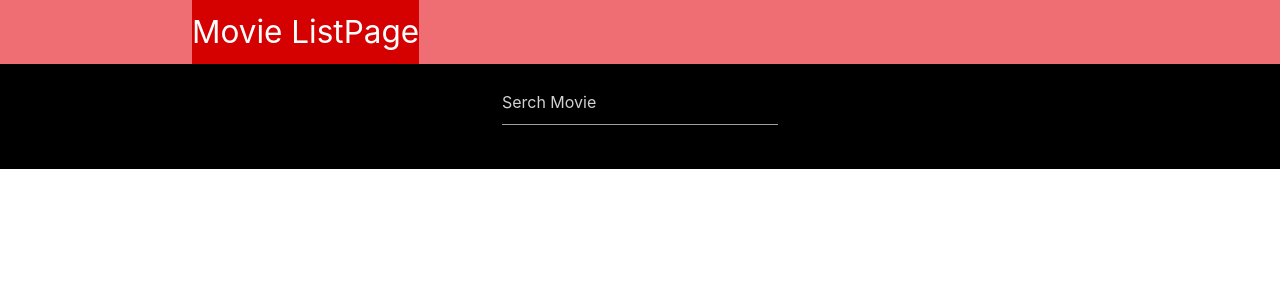
Repository: Reiya-1003/React-Ts-Node-App
Page: /
These files come from the project's save history. The page is drawn as it stood at one moment and after the next save; the edit follows.
The browser window is 1280 px wide. The pictures show the whole page.
The page's requests for data from a server got no answer. The project was rebuilt for these pictures with package versions that can differ from the ones it lists, and the page was loaded fresh each time. A package was used in the major version that the imports need, not the one package.json lists. No one was signed in, and anything a server would have sent is missing. Also part of the build but not shown: src/Styles.module.css, src/components/Detail.tsx.

Above is the page before, as saved 2021-11-18 11:10:26.

After the next save:
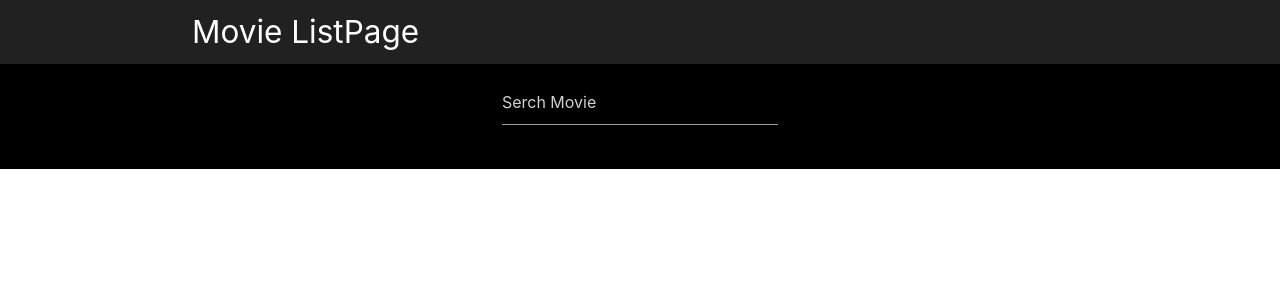
Saved 32 s later.
--- a/src/components/Nav.tsx
+++ b/src/components/Nav.tsx
@@ -2,9 +2,9 @@ import React from "react";
 
 const Nav = () => {
   return (
-    <nav>
-      <div className=".nav-wrapper container grey darken-4">
-        <a href="" className="brand-logo red accent-4">
+    <nav className="grey darken-4">
+      <div className=".nav-wrapper container">
+        <a href="" className="brand-logo">
           Movie ListPage
         </a>
       </div>
